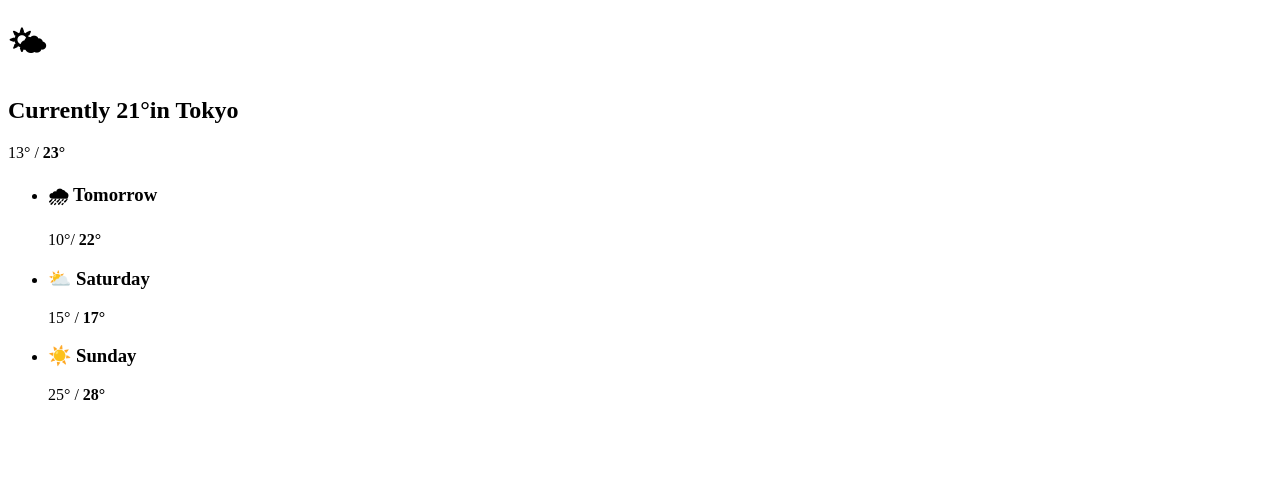
Repository: onalennaleso/empty
Page: homework.html
These files come from the project's save history. The page is drawn as it stood at one moment and after the next save; the edit follows.
The browser window is 1280 px wide. The pictures show the whole page.

Above is the page before, as saved 2024-02-02 01:04:23.

### homework.html
<!DOCTYPE html>
<html lang="en">

<head>
    <meta charset="UTF-8">
    <meta name="viewport" content="width=>, initial-scale=1.0">
    <title>Weather demo</title>
</head>

<body>
    <h1>
        🌤
    </h1>
    <h2>
        Currently 21&deg;in Tokyo
    </h2>
    <p> 13&deg; / <strong> 23&deg; </strong></p>
    <ul>
        <li>
            <h3>
                🌧 Tomorrow
            </h3>
            <p>10&deg;/ <strong> 22&deg;</strong></p>
        </li>
        <li>
            <h3>
                ⛅ Saturday
            </h3>
            <p> 15&deg; / <strong> 17&deg;</strong></p>
        </li>
        <li>
            <h3>
                ☀️ Sunday
            </h3>
            <p> 25&deg; / <strong> 28&deg;</strong></p>
        </li>
    </ul>
</body>

</html>

After the next save:
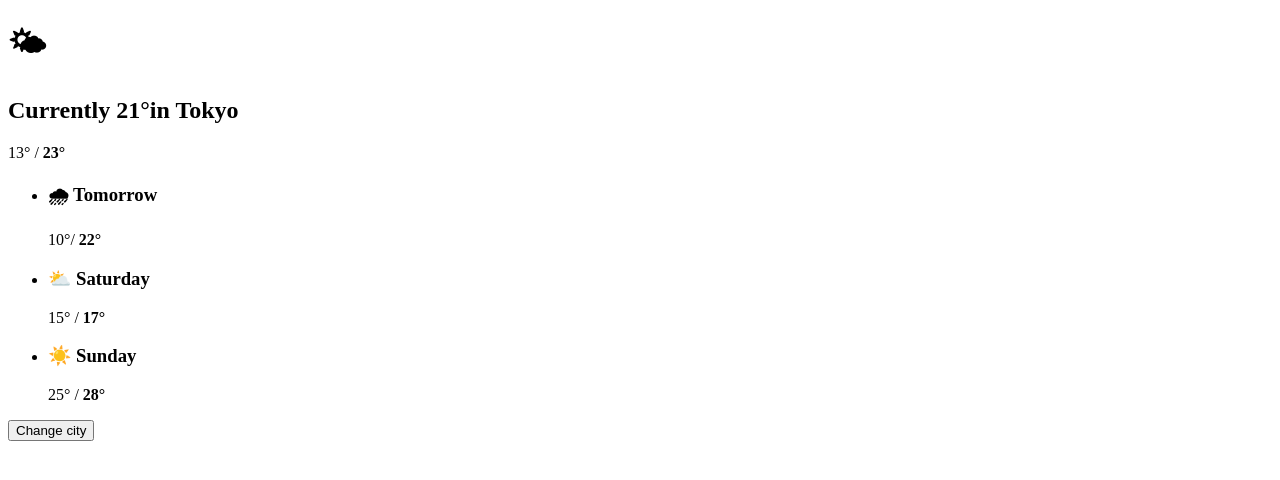
Saved 56 s later.
--- a/homework.html
+++ b/homework.html
@@ -35,6 +35,9 @@
             <p> 25&deg; / <strong> 28&deg;</strong></p>
         </li>
     </ul>
+    <button>
+        Change city
+    </button>
 </body>
 
 </html>
